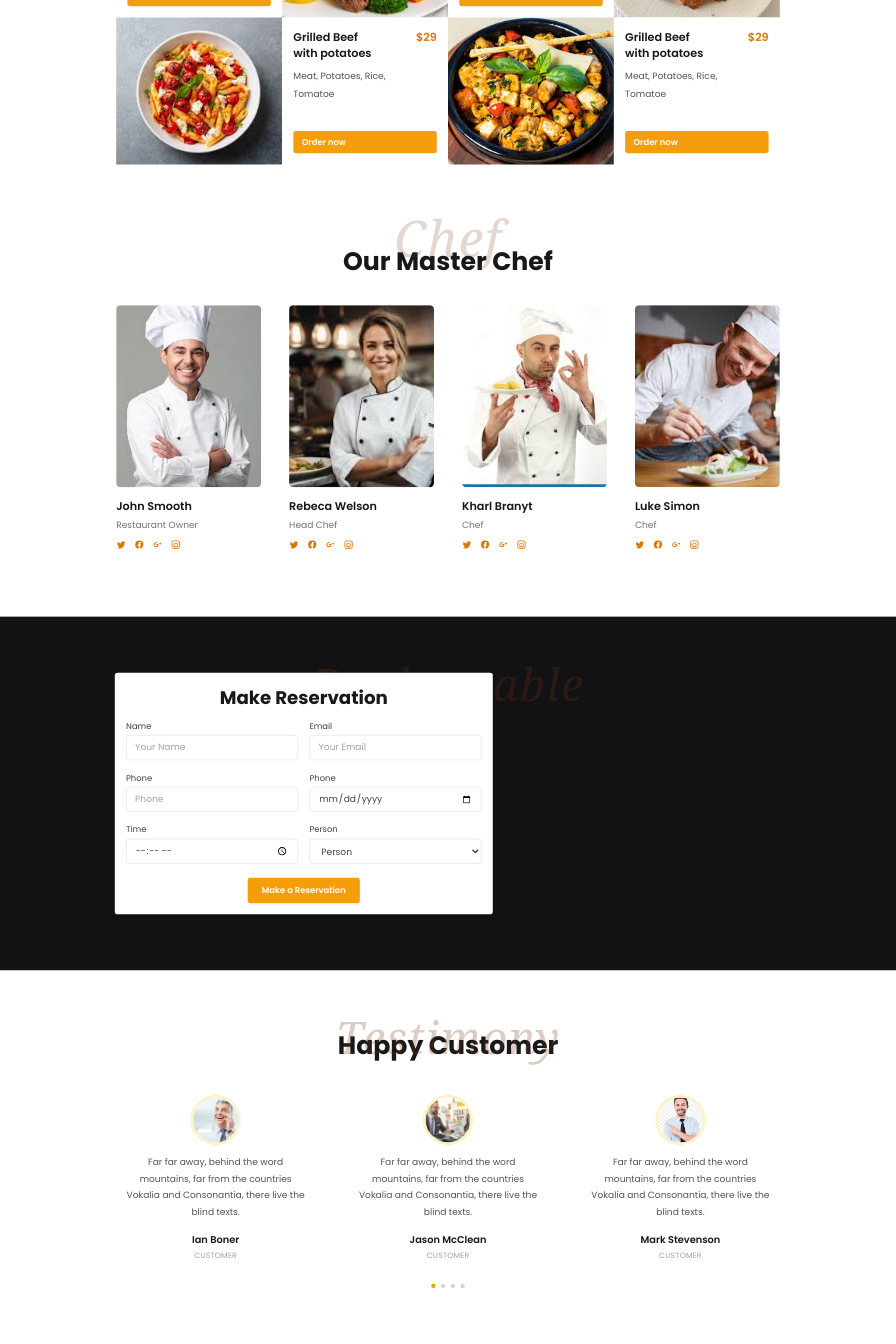
Repository: Purniagithub/Benttacproject
Page: /
An editor plug-in stored every save of this project. The page is shown before and after the next save, followed by the edit.
The browser window is 1280 px wide. The pictures show the part of the page from y = 2230 to 4150 px (the page is 4150 px tall), at 70% of full size.
Some web fonts or font styles are not loaded; a fallback is used. The project was rebuilt for these pictures with package versions that can differ from the ones it lists, and the page was loaded fresh each time. Also part of the build but not shown: vite.config.js.

Above is the page before, as saved 2025-08-21 19:15:45.

### index.html
<!doctype html>
<html lang="en">
  <head>
    <meta charset="UTF-8" />
    <link rel="icon" type="image/svg+xml" href="/vite.svg" />
    <link href="https://fonts.googleapis.com/css2?family=Playfair+Display:ital,wght@1,500&family=Poppins:wght@400;600;700&display=swap" rel="stylesheet">
    <link rel="preconnect" href="https://fonts.gstatic.com" crossorigin>
<link href="https://fonts.googleapis.com/css2?family=Playfair+Display:ital,wght@1,400;1,600&display=swap" rel="stylesheet">

    <meta name="viewport" content="width=device-width, initial-scale=1.0" />
    <title>Vite + React</title>
  </head>
  <body>
    <div id="root"></div>
    <script type="module" src="/src/main.jsx"></script>
  </body>
</html>

### src/App.jsx
import React from "react";
import Navbar from "./components/Navbar";
import Hero from "./components/Hero";

function App() {
  return (
    <div className="font-poppins">
      <Navbar />
      <Hero />
    </div>
  );
}

export default App;

### src/components/Navbar.jsx
import React from "react";

const Navbar = () => {
  return (
    <header className="absolute top-0 left-0 w-full z-50">
      {/* Top bar */}
      <div className="flex justify-between items-center bg-black bg-opacity-70 text-white text-sm px-6 py-2">
        <div className="flex space-x-6">
          <span>📞 +1235 2355 98</span>
          <span>✉️ youremail@email.com</span>
        </div>
        <span>Open hours: Monday - Sunday 8:00AM - 9:00PM</span>
      </div>

      {/* Main Navbar */}
      <nav className="flex justify-between items-center bg-black bg-opacity-60 text-white px-8 py-4">
        <h1 className="text-xl font-bold">Feliciano</h1>
        <ul className="flex space-x-8 font-medium">
          <li><a href="#" className="hover:text-yellow-400">Home</a></li>
          <li><a href="#" className="hover:text-yellow-400">About</a></li>
          <li><a href="#" className="hover:text-yellow-400">Menu</a></li>
          <li><a href="#" className="hover:text-yellow-400">Stories</a></li>
          <li><a href="#" className="hover:text-yellow-400">Contact</a></li>
        </ul>
        <button className="bg-yellow-600 hover:bg-yellow-700 px-5 py-2 rounded text-black font-semibold">
          Book a table
        </button>
      </nav>
    </header>
  );
};

export default Navbar;

### src/components/Hero.jsx
import React from "react";
import AboutSection from "../components/AboutSection";
import CateringServices from "./CateringServices";
import MenuTightGrid from "../components/MenuTightGrid";
import MasterChef from "../components/MasterChef";
import ReservationTestimonials from "../components/ReservationTestimonials";
const dishes = [
  { id: 1, name: "Grilled Beef with potatoes", desc: "Meat, Potatoes, Rice, Tomato", img: "/dish-1.jpeg" },
  { id: 2, name: "Grilled Beef with potatoes", desc: "Meat, Potatoes, Rice, Tomato", img: "/dish-2.jpeg" },
  { id: 3, name: "Grilled Beef with potatoes", desc: "Meat, Potatoes, Rice, Tomato", img: "/dish-3.jpeg" },
  { id: 4, name: "Grilled Beef with potatoes", desc: "Meat, Potatoes, Rice, Tomato", img: "/dish-4.jpeg" },
];

const Hero = () => {
  return (
    <>
    <section
      className="relative h-[80vh] bg-cover bg-center flex flex-col justify-center items-center text-white px-4"
      style={{ backgroundImage: "url('/img-4.jpeg')" }}
    >
      {/* Dark overlay */}
      <div className="absolute inset-0 bg-black/70"></div>

      {/* Headings */}
      <div className="relative z-10 text-center mt-20 md:mt-32 lg:mt-40">
        <h2 className="text-3xl md:text-4xl lg:text-5xl font-serif italic text-[#CDA45E]">
          Feliciano
        </h2>
        <h1 className="text-4xl md:text-5xl lg:text-7xl font-extrabold tracking-wide mt-3 md:mt-4 uppercase">
          Best Restaurant
        </h1>
      </div>

      {/* Dish Cards */}
      <div className="relative z-10 grid grid-cols-1 sm:grid-cols-2 md:grid-cols-4 gap-10 md:gap-16 lg:gap-20 mt-16 md:mt-24 lg:mt-32">
        {dishes.map((dish) => (
          <div key={dish.id} className="text-center max-w-[220px] mx-auto">
            <img
              src={dish.img}
              alt={dish.name}
              className="w-24 h-24 md:w-28 md:h-28 object-cover rounded-full mx-auto border-4 border-white shadow-lg"
            />
            <h3 className="mt-3 font-semibold text-base md:text-lg whitespace-nowrap">
              {dish.name}
            </h3>
            <p className="text-xs md:text-sm text-gray-300">{dish.desc}</p>
          </div>
        ))}
      </div>
    </section>
     {/* Other sections */}
     <AboutSection />
     <CateringServices />
     <MenuTightGrid tileHeight={210} containerWidth={980} />
     <MasterChef />
     <ReservationTestimonials />

</>
  );
};

export default Hero;

### src/components/AboutSection.jsx
// src/components/AboutSection.jsx
import React from "react";

export default function AboutSection() {
  return (
    <section className="w-full bg-white py-16">
      <div className="max-w-5xl mx-auto text-center">
        {/* Top Grid (Images + Content) */}
        <div className="grid grid-cols-1 lg:grid-cols-2 gap-8 items-center">
          {/* Left Images */}
          <div className="flex justify-center gap-4">
            <img
              src="/chef-1.jpeg"
              alt="Chef serving"
              className="shadow-md object-cover h-[280px] w-[180px]"
            />
            <img
              src="/chef-5.jpeg"
              alt="Cooking food"
              className="shadow-md object-cover h-[280px] w-[180px] mt-8"
            />
          </div>

          {/* Right Content */}
          <div className="text-left lg:text-left">
            <h3 className="text-lg font-serif italic text-[#CDA45E] relative mb-2">
              <span className="absolute -left-6 top-0 text-5xl text-gray-200 opacity-40">
                About
              </span>
              About Us
            </h3>
            <h2 className="text-4xl font-bold text-gray-900 mb-4 tracking-wide">
              Feliciano Restaurant
            </h2>
            <p className="text-gray-600 mb-4 leading-relaxed">
              A small river named Duden flows by their place and supplies it
              with the necessary regelialia. It is a paradisematic country, in
              which roasted parts of sentences fly into your mouth.
            </p>

            <p className="text-gray-700 mb-2">
              Mon - Fri <span className="font-bold">8 AM - 11 PM</span>
            </p>
            <p className="text-2xl font-bold text-[#CDA45E]">
              +1-978-123-4567
            </p>
          </div>
        </div>

        {/* Stats Section */}
        <div className="grid grid-cols-2 sm:grid-cols-5 gap-4 mt-16 pt-10">
          <div className="text-center">
            <h4 className="text-3xl font-bold text-[#CDA45E]">18</h4>
            <p className="text-sm text-gray-600">Years of Experience</p>
          </div>
          <div className="text-center">
            <h4 className="text-3xl font-bold text-[#CDA45E]">100</h4>
            <p className="text-sm text-gray-600">Menus/Dish</p>
          </div>
          <div className="text-center">
            <h4 className="text-3xl font-bold text-[#CDA45E]">50</h4>
            <p className="text-sm text-gray-600">Staffs</p>
          </div>
          <div className="text-center">
            <h4 className="text-3xl font-bold text-[#CDA45E]">15,000</h4>
            <p className="text-sm text-gray-600">Happy Customers</p>
          </div>
          <div className="text-center text-xs line-clamp-5">
            <p className="text-xs text-gray-600">A small river named Duden flows by their place and supplies it
              with the necessary regelialia. It is a paradisematic country, in
              which roasted parts of sentences fly into your mouth.</p>
          </div>
        </div>
      </div>
    </section>
  );
}

### src/components/CateringServices.jsx
import React from "react";

function IconCake(props) {
  return (
    <svg viewBox="0 0 24 24" aria-hidden="true" {...props}>
      <g fill="none" stroke="currentColor" strokeWidth="1.6" strokeLinecap="round" strokeLinejoin="round">
        <path d="M12 3v3" />
        <path d="M9 6a3 3 0 1 0 6 0" />
        <path d="M6 12h12" />
        <path d="M6 12v7a2 2 0 0 0 2 2h8a2 2 0 0 0 2-2v-7" />
      </g>
    </svg>
  );
}

function IconMeeting(props) {
  return (
    <svg viewBox="0 0 24 24" aria-hidden="true" {...props}>
      <g fill="none" stroke="currentColor" strokeWidth="1.6" strokeLinecap="round" strokeLinejoin="round">
        <path d="M7 7h10M7 12h7" />
        <path d="M3 18a2 2 0 0 0 2 2h14a2 2 0 0 0 2-2V6a2 2 0 0 0-2-2H5a2 2 0 0 0-2 2z" />
      </g>
    </svg>
  );
}

function IconCloche(props) {
  return (
    <svg viewBox="0 0 24 24" aria-hidden="true" {...props}>
      <g fill="none" stroke="currentColor" strokeWidth="1.6" strokeLinecap="round" strokeLinejoin="round">
        <path d="M12 7a1.5 1.5 0 1 0 0-3 1.5 1.5 0 0 0 0 3z" />
        <path d="M4 16a8 8 0 1 1 16 0" />
        <path d="M4 16h16" />
      </g>
    </svg>
  );
}

const cards = [
  {
    title: "Birthday Party",
    text:
      "Even the all‑powerful Pointing has no control about the blind texts it is an almost unorthographic.",
    Icon: IconCake,
  },
  {
    title: "Business Meetings",
    text:
      "Even the all‑powerful Pointing has no control about the blind texts it is an almost unorthographic.",
    Icon: IconMeeting,
  },
  {
    title: "Wedding Party",
    text:
      "Even the all‑powerful Pointing has no control about the blind texts it is an almost unorthographic.",
    Icon: IconCloche,
  },
];

export default function CateringServices({
  id = "services",
  heading = "Catering Services",
  accent = "Services",
}) {
  return (
    <section id={id} className="relative isolate bg-gray-50 py-24 sm:py-28">
      {/* Accent word behind heading */}
      <div aria-hidden className="pointer-events-none absolute inset-x-0 -top-1 sm:top-0 text-center">
        <span className="select-none font-serif italic tracking-wide text-amber-900/15 text-7xl sm:text-8xl md:text-[96px] leading-none">
          {accent}
        </span>
      </div>

      <div className="mx-auto max-w-[1200px] px-4">
        {/* Main heading */}
        <h2 className="text-center text-[34px] sm:text-[38px] md:text-[44px] font-extrabold tracking-tight text-zinc-900 -mt-12">
          {heading}
        </h2>

        {/* Cards */}
        <div className="mt-14 grid grid-cols-1 md:grid-cols-3 gap-12 md:gap-16">
          {cards.map(({ title, text, Icon }) => (
            <article key={title} className="text-center">
              <div className="mx-auto mb-6 flex h-16 w-16 items-center justify-center rounded-full bg-amber-50 ring-1 ring-amber-100 text-amber-600">
                <Icon className="h-8 w-8" />
              </div>
              <h3 className="text-[20px] font-semibold text-zinc-900">{title}</h3>
              <p className="mt-3 mx-auto max-w-[340px] text-[15px] leading-7 text-zinc-500">
                {text}
              </p>
            </article>
          ))}
        </div>
      </div>
    </section>
  );
}

### src/components/MenuTightGrid.jsx
import React from "react";

const tiles = [
  // Row 1
  { type: "image", src: "/dish-1.jpeg", alt: "Dish 1" },
  { type: "card",  title: "Grilled Beef\nwith potatoes", price: 29, lines: ["Meat, Potatoes, Rice,", "Tomatoe"] },
  { type: "image", src: "/dish-2.jpeg", alt: "Dish 2" },
  { type: "card",  title: "Grilled Beef\nwith potatoes", price: 29, lines: ["Meat, Potatoes, Rice,", "Tomatoe"] },
  // Row 2
  { type: "card",  title: "Grilled Beef\nwith potatoes", price: 29, lines: ["Meat, Potatoes, Rice,", "Tomatoe"] },
  { type: "image", src: "/dish-3.jpeg", alt: "Dish 3" },
  { type: "card",  title: "Grilled Beef\nwith potatoes", price: 29, lines: ["Meat, Potatoes, Rice,", "Tomatoe"] },
  { type: "image", src: "/dish-4.jpeg", alt: "Dish 5" },
  // Row 3
  { type: "image", src: "/dish-5.jpeg", alt: "Dish 6" },
  { type: "card",  title: "Grilled Beef\nwith potatoes", price: 29, lines: ["Meat, Potatoes, Rice,", "Tomatoe"] },
  { type: "image", src: "/dish-6.jpeg", alt: "Dish 6" },
  { type: "card",  title: "Grilled Beef\nwith potatoes", price: 29, lines: ["Meat, Potatoes, Rice,", "Tomatoe"] },
];

function Price({ value }) {
  return <span className="text-[16px] font-semibold text-amber-600">{`$${value}`}</span>;
}

function OrderBtn() {
  return (
    <button className="inline-flex h-8 items-center rounded bg-amber-500 px-3 text-xs font-semibold text-white hover:bg-amber-600">
      Order now
    </button>
  );
}

function Card({ title, price, lines }) {
  return (
    // NO outer padding or margin; fill the grid cell entirely
    <div className="h-full w-full bg-white">
      {/* Internal spacing for the card content only */}
      <article className="flex h-full w-full flex-col justify-between p-4">
        <div>
          <div className="flex items-start justify-between gap-3">
            <h3 className="whitespace-pre-line text-[16px] font-semibold leading-6 text-zinc-900">
              {title}
            </h3>
            <Price value={price} />
          </div>
          <ul className="mt-2 space-y-0.5 text-[13px] leading-6 text-zinc-600">
            {lines.map((t, i) => (
              <li key={i}>{t}</li>
            ))}
          </ul>
        </div>
        <OrderBtn />
      </article>
    </div>
  );
}

function TileImage({ src, alt }) {
  return (
    // NO padding/margin; image covers the tile
    <div className="h-full w-full">
      <img src={src} alt={alt} className="h-full w-full object-cover" loading="lazy" />
    </div>
  );
}

export default function MenuTightGrid({
  id = "menu",
  heading = "Our Menu",
  accent = "Specialties",
  data = tiles,
  // Adjust these two to tune exact size
  tileHeight = 210,      // each tile’s fixed height (px)
  containerWidth = 980,  // overall section width (px)
}) {
  return (
    <section id={id} className="relative isolate bg-white py-14">
      {/* Accent script word behind heading */}
      <div aria-hidden className="pointer-events-none absolute inset-x-0 top-1 text-center">
        <span className="select-none font-serif italic text-[60px] md:text-[72px] leading-none tracking-wide text-amber-900/20">
          {accent}
        </span>
      </div>

      <div className="mx-auto px-4" style={{ maxWidth: `${containerWidth}px` }}>
        <h2 className="text-center text-[30px] md:text-[34px] font-extrabold leading-tight text-zinc-900 -mt-2">
          {heading}
        </h2>

        {/* 4-column grid — zero gap, zero padding */}
        <div className="mt-8 grid grid-cols-4 gap-0">
          {data.map((t, i) => (
            <div key={i} className="m-0 p-0" style={{ height: `${tileHeight}px` }}>
              {t.type === "card" ? (
                <Card title={t.title} price={t.price} lines={t.lines} />
              ) : (
                <TileImage src={t.src} alt={t.alt} />
              )}
            </div>
          ))}
        </div>
      </div>
    </section>
  );
}

### src/components/ReservationTestimonials.jsx
import React from "react";

const BG_IMG = "/images/food-bg.jpg";          // full-width background for reservation
const AV1 = "/customer-1.jpeg";
const AV2 = "/customer-2.jpeg";
const AV3 = "/customer-3.png";

function Accent({ text, className = "" }) {
  return (
    <div aria-hidden className={`pointer-events-none absolute inset-x-0 -top-4 text-center ${className}`}>
      <span className="select-none font-serif italic text-amber-900/25 leading-none tracking-wide text-[54px] sm:text-[64px]">
        {text}
      </span>
    </div>
  );
}

function Input({ placeholder, type = "text" }) {
  return (
    <input
      type={type}
      placeholder={placeholder}
      className="h-9 w-full rounded border border-zinc-200 bg-white px-3 text-[13px] text-zinc-700 outline-none placeholder:text-zinc-400 focus:border-amber-400"
    />
  );
}

function Select({ placeholder }) {
  return (
    <select
      className="h-9 w-full rounded border border-zinc-200 bg-white px-3 text-[13px] text-zinc-700 outline-none focus:border-amber-400"
      defaultValue=""
    >
      <option value="" disabled>
        {placeholder}
      </option>
      <option>1 Person</option>
      <option>2 Person</option>
      <option>3 Person</option>
      <option>4 Person</option>
      <option>5+ Person</option>
    </select>
  );
}

function ReservationCard() {
  return (
    <div className="relative mx-auto w-[540px] max-w-[92vw] rounded bg-white p-4 shadow-lg ml-12">
      <h3 className="mb-3 text-center text-[26px] font-extrabold text-zinc-900">
        Make Reservation
      </h3>

      <div className="grid grid-cols-2 gap-4">
        <div>
          <label className="mb-1 block text-[12px] font-medium text-zinc-700">Name</label>
          <Input placeholder="Your Name" />
        </div>
        <div>
          <label className="mb-1 block text-[12px] font-medium text-zinc-700">Email</label>
          <Input type="email" placeholder="Your Email" />
        </div>

        <div>
          <label className="mb-1 block text-[12px] font-medium text-zinc-700">Phone</label>
          <Input placeholder="Phone" />
        </div>
        <div>
          <label className="mb-1 block text-[12px] font-medium text-zinc-700">Phone</label>
          <Input placeholder="Date" type="date" />
        </div>

        <div>
          <label className="mb-1 block text-[12px] font-medium text-zinc-700">Time</label>
          <Input placeholder="Time" type="time" />
        </div>
        <div>
          <label className="mb-1 block text-[12px] font-medium text-zinc-700">Person</label>
          <Select placeholder="Person" />
        </div>
      </div>

      <div className="mt-5 flex justify-center">
        <button className="h-9 rounded bg-amber-500 px-5 text-[12px] font-semibold text-white shadow hover:bg-amber-600">
          Make a Reservation
        </button>
      </div>
    </div>
  );
}

function TestiCard({ img, name, role, text }) {
  return (
    <article className="text-center">
      <div className="mx-auto mb-4 h-[64px] w-[64px] overflow-hidden rounded-full ring-4 ring-amber-100">
        <img src={img} alt={name} className="h-full w-full object-cover" />
      </div>
      <p className="mx-auto mb-4 max-w-[260px] text-[13px] leading-6 text-zinc-600">{text}</p>
      <h4 className="text-[14px] font-semibold text-zinc-900">{name}</h4>
      <p className="mt-1 text-[11px] uppercase tracking-wide text-zinc-400">{role}</p>
    </article>
  );
}

export default function ReservationTestimonials() {
  return (
    <section className="bg-white">
      {/* Top: reservation over image */}
      <div
        className="relative bg-zinc-900"
        style={{
          backgroundImage: `url(${''})`,
          backgroundSize: "cover",
          backgroundPosition: "center",
        }}
      >
        <div className="absolute inset-0 bg-black/25" />
        <div className="relative mx-auto max-w-[1080px] px-4 py-16 sm:py-20">
          <div className="relative">
            <Accent text="Book a table" />
            <ReservationCard />
          </div>
        </div>
      </div>

      {/* Bottom: testimonials */}
      <div className="relative mx-auto max-w-[980px] px-4 py-16 sm:py-20">
        <div className="relative">
          <Accent text="Testimony" />
          <h2 className="text-center text-[32px] sm:text-[36px] font-extrabold text-zinc-900">
            Happy Customer
          </h2>
        </div>

        <div className="mt-12 grid grid-cols-1 gap-12 sm:grid-cols-3">
          <TestiCard
            img={AV1}
            name="Ian Boner"
            role="Customer"
            text="Far far away, behind the word mountains, far from the countries Vokalia and Consonantia, there live the blind texts."
          />
          <TestiCard
            img={AV2}
            name="Jason McClean"
            role="Customer"
            text="Far far away, behind the word mountains, far from the countries Vokalia and Consonantia, there live the blind texts."
          />
          <TestiCard
            img={AV3}
            name="Mark Stevenson"
            role="Customer"
            text="Far far away, behind the word mountains, far from the countries Vokalia and Consonantia, there live the blind texts."
          />
        </div>

        {/* dots */}
        <div className="mt-8 flex justify-center gap-2">
          <span className="h-1.5 w-1.5 rounded-full bg-amber-500" />
          <span className="h-1.5 w-1.5 rounded-full bg-zinc-300" />
          <span className="h-1.5 w-1.5 rounded-full bg-zinc-300" />
          <span className="h-1.5 w-1.5 rounded-full bg-zinc-300" />
        </div>
      </div>
    </section>
  );
}

Loaded but not shown: src/main.jsx (common file); src/index.css (common file); tailwind.config.js (15 lines, source omitted); src/components/MasterChef.jsx (111 lines, source omitted)

After the next save:
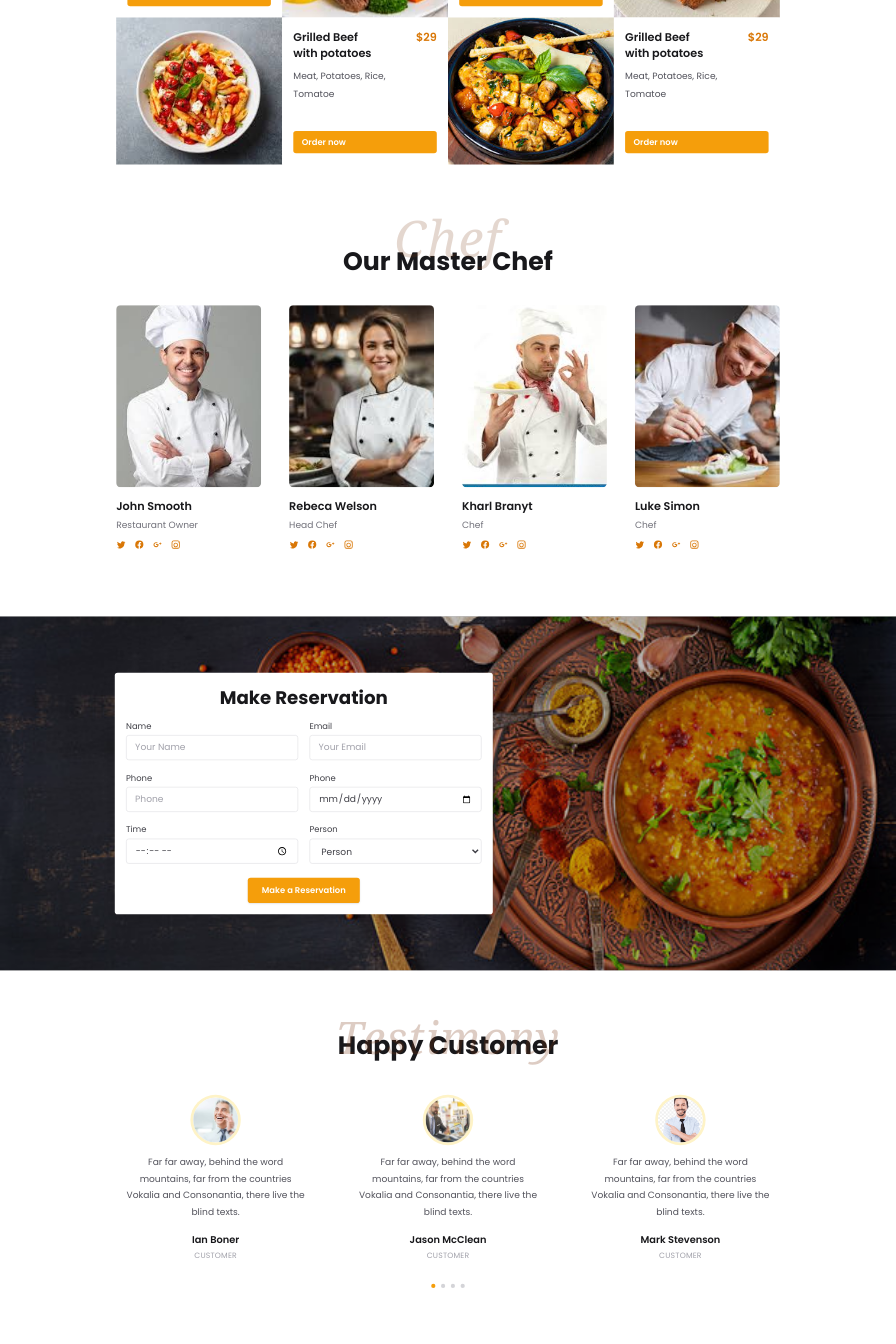
Saved 68 s later.
--- a/src/components/ReservationTestimonials.jsx
+++ b/src/components/ReservationTestimonials.jsx
@@ -108,7 +108,7 @@ export default function ReservationTestimonials() {
       <div
         className="relative bg-zinc-900"
         style={{
-          backgroundImage: `url(${''})`,
+          backgroundImage: `url(${'/dish-13.jpg'})`,
           backgroundSize: "cover",
           backgroundPosition: "center",
         }}
